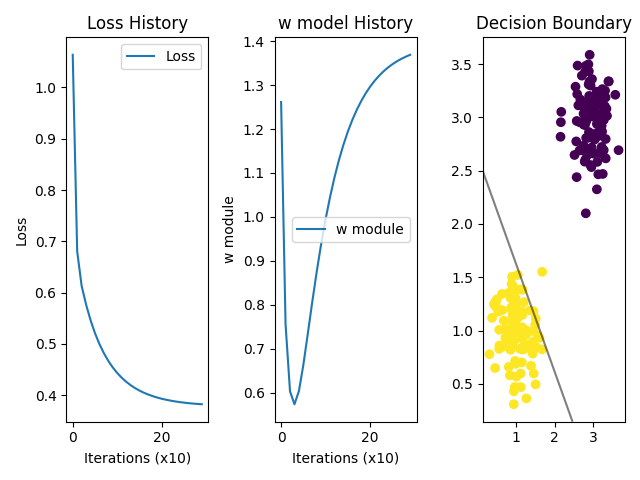
Repository: htlou/MLlab
Script's output: python Lab-logistic/logistic.py
An editor plug-in stored every save of this project. The script's output is shown before and after the next save, followed by the edit.
Animations are shown at an early frame. Random numbers start from a fixed seed.

Above is the script's output before, as saved 2023-12-30 14:22:43.

### Lab-logistic/logistic.py
import numpy as np
from typing import Tuple, List
# from vis_util import plot_training_progress

import matplotlib.pyplot as plt



def plot_progress(i: int, loss_history: List[float], w_module_history: List[float], x: np.ndarray, y: np.ndarray, w: np.ndarray):
    # clear current axes
    plt.clf()

    # draw loss history
    plt.subplot(1, 3, 1)
    plt.plot(loss_history, label='Loss')
    plt.title('Loss History')
    plt.xlabel('Iterations (x10)')
    plt.ylabel('Loss')
    plt.legend()

    # draw w history
    plt.subplot(1, 3, 2)
    plt.plot(w_module_history, label='w module')
    plt.title('w model History')
    plt.xlabel('Iterations (x10)')
    plt.ylabel('w module')
    plt.legend()

    if x.shape[1] == 3:  # 2 features + 1 bias
        plt.subplot(1, 3, 3)
        plt.scatter(x[:, 0], x[:, 1], c=y)
        ax = plt.gca()
        xlim = ax.get_xlim()
        ylim = ax.get_ylim()


        # create grid to evaluate model
        xx = np.linspace(xlim[0], xlim[1], 50)
        yy = np.linspace(ylim[0], ylim[1], 50)
        YY, XX = np.meshgrid(yy, xx)
        xy = np.vstack([XX.ravel(), YY.ravel()]).T
        Z = np.dot(np.c_[xy, np.ones(xy.shape[0])], w)
        Z = Z.reshape(XX.shape)


        # draw decision boundary and margins
        ax.contour(XX, YY, Z, colors='k', levels=[0], alpha=0.5, linestyles=['-'])
        plt.title('Decision Boundary')


    plt.tight_layout()
    plt.pause(0.01)  # pause a bit so that plots are updated


def sigmoid(x):
    '''
    Sigmoid function.
    '''
    return 1 / (1 + np.exp(-x))

class LogisticRegression():
    '''
    Logistic Regression
    '''
    def __init__(
        self,
    ) -> None:

        self.w = None # random intialize w
        self.lr = None # learning rate
        self.reg = None # regularization parameter

    def predict(
        self,
        x: np.array
    ) -> Tuple[np.ndarray, np.ndarray]:

        '''
        Logistic Regression (LR) prediction.

        Arguments:
            x : (n, d + 1), where n represents the number of samples, d the number of features

        Return:
            prob: (n,), LR probabilities, where prob[i] is the probability P(y=1|x,w) for x[i], from [0, 1]
            pred: (n,), LR predictions, where pred[i] is the prediction for x[i], from {-1, 1}

        '''
        # implement predict method,
        # !! Asumme that : self.w is already given.

        # TODO: first, you should add bias term to x
        # print(x.shape)
        x_bias = np.concatenate((np.ones((x.shape[0], 1)), x), axis=1)


        # TODO: second, you should compute the probability by invoking sigmoid function
        z = np.dot(x_bias, self.w)
        prob = sigmoid(z)

        # TODO: third, you should compute the prediction (W^T * x >= 0 --> y = 1, else y = -1)
        pred = np.where(prob >= 0.5, 1, -1)
        # print("prob & Pred")
        # print(prob, pred)


        return prob, pred





    def fit(
        self,
        x: np.array,
        y: np.array,
        n_iter: int,
        lr: float,
        reg: float,
    ) -> None:
        '''
        Logistic Regression (LR) training.

        Arguments:
            x : (n, d + 1), where n represents the number of training samples, d the number of features
            y : (n,), where n represents the number of samples
            n_iter : number of iteration
            lr : learning rate
            reg : regularization parameter

        Return:
            None
        '''
        self.lr = lr
        self.reg = reg

        x = np.concatenate((x,np.ones((x.shape[0], 1))), axis=1) # add bias term
        self.w = np.random.normal(0, 1, x.shape[1]) # random intialize w
        loss_history = []
        w_module_history = []


        for i in range(n_iter):

            # TODO: firstly, compute the loss with regularization term
            loss = self.calLossReg(x, y)

            # TODO: secondly, update the weight
            self.update(x, y)

            # plot loss and w module every 10 iterations
            if i % 10 == 0:

                loss_history.append(loss)

                w_module_history.append(np.linalg.norm(self.w))
                print("iter: {}, loss: {}, w_module: {}".format(i, loss, w_module_history[-1]))
                plot_progress(i, loss_history,w_module_history, x, y, self.w)



    def update(
        self,
        x: np.array,
        y: np.array,
    ) -> None:

        '''
        Update the parameters--weight w
        Arguments:
            x: (n, d+1), training samples, where n represents the number of training samples, d the number of features
            y: (n,), training labels, where n represents the number of training samples

        Return:
            None
        '''

        # implement gradient descent algorithm


        # TODO: 1. compute the gradient
        # print(x)
        m = x.shape[0]
        z = np.dot(x, self.w)
        # gradient = np.dot(x.T, (sigmoid(z) - y)) / m + self.reg * self.w
        p_hat = sigmoid(z)

        # Transform y from {-1, 1} to {0, 1}
        transformed_y = (y + 1) / 2

        # Compute gradient
        gradient = np.dot(x.T, (p_hat - transformed_y)) / m
        print(gradient)
        gradient += (self.reg) * self.w
        print(gradient)

        # TODO: 2. update the weight
        self.w -= self.lr * gradient
        print(self.w)



    def calLossReg(
        self,
        x: np.array,
        y: np.array,
    ):
        '''
        Compute the loss

        Arguments:
            x: (n, d+1), training samples, where n represents the number of training samples, d the number of features
            y: (n,), training labels, where n represents the number of training samples

        Return:
            loss: float, the loss value
        '''
        # TODO: compute the Logistic Regression loss, including regularization term
        # !! Note that the label y is from {-1, 1}
        m = x.shape[0]
        z = np.dot(x, self.w)
        # loss = -np.mean(y * np.log(sigmoid(z)) + (1 - y) * np.log(1 - sigmoid(z)))
        # reg_loss = loss + (self.reg / (2 * m)) * np.sum(self.w**2)
        p_hat = sigmoid(z)
        transformed_y = (y + 1) / 2  # Transforming y from {-1, 1} to {0, 1}
        loss = -np.mean(transformed_y * np.log(p_hat) +
                         (1 - transformed_y) * np.log(1 - p_hat))

        # L2 Regularization (excluding the bias term)
        reg_loss = loss + (self.reg / (2 * m)) * np.sum(self.w[:-1]**2)

        return reg_loss



    def calLoss(
        self,
        x: np.array,
        y: np.array,
    ):
        '''
        Compute the loss

        Arguments:
            x: (n, d+1), training samples, where n represents the number of training samples, d the number of features
            y: (n,), training labels, where n represents the number of training samples

        Return:
            loss: float, the loss value
        '''
        # TODO: compute the Logistic Regression loss, including regularization term
        # !! Note that the label y is from {-1, 1}
        m = x.shape[0]
        z = np.dot(x, self.w)
        p_hat = sigmoid(z)
        transformed_y = (y + 1) / 2  # Transforming y from {-1, 1} to {0, 1}
        loss = -np.mean(transformed_y * np.log(p_hat) +
                        (1 - transformed_y) * np.log(1 - p_hat))
        reg_loss = loss + (self.reg / (2 * m)) * np.sum(self.w[:-1]**2)

        return reg_loss


from data_generator import gen_2D_dataset

x_train, y_train = gen_2D_dataset(100, 100, noise = 0)
x_test, y_test = gen_2D_dataset(50, 50, noise = 0.7)


LR = LogisticRegression()
LR.fit(x_train, y_train, lr=0.1, n_iter=1000,reg=0.1)

### Lab-logistic/data_generator.py
import numpy as np


def gen_2D_dataset(n_pos, n_neg, noise):
    X1_class0 = np.random.normal(1, 0.3, n_pos) + noise * np.random.normal(0.0, 1.0, n_pos)
    X2_class0 = np.random.normal(1, 0.3, n_pos) + noise * np.random.normal(0.0, 1.0, n_pos)


    X1_class1 = np.random.normal(3, 0.3, n_neg) + noise * np.random.normal(0.0, 1.0, n_neg)
    X2_class1 = np.random.normal(3, 0.3, n_neg) + noise * np.random.normal(0.0, 1.0, n_neg)

    X_class0 = np.stack((X1_class0, X2_class0), axis=1)
    X_class1 = np.stack((X1_class1, X2_class1), axis=1)

    X = np.concatenate((X_class0, X_class1), axis=0)
    Y = np.array([1]*n_pos + [-1]*n_neg)

    return X, Y

After the next save:
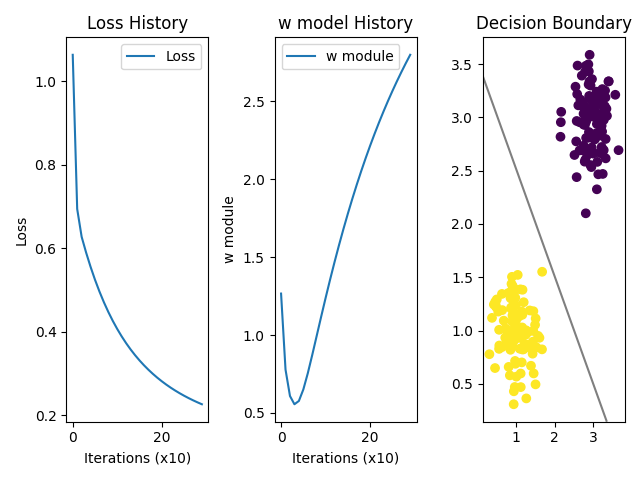
Saved 38 s later.
--- a/Lab-logistic/logistic.py
+++ b/Lab-logistic/logistic.py
@@ -191,7 +191,7 @@ class LogisticRegression():
         # Compute gradient
         gradient = np.dot(x.T, (p_hat - transformed_y)) / m
         print(gradient)
-        gradient += (self.reg) * self.w
+        gradient[:-1] += (self.reg) * self.w[:-1]
         print(gradient)
 
         # TODO: 2. update the weight
